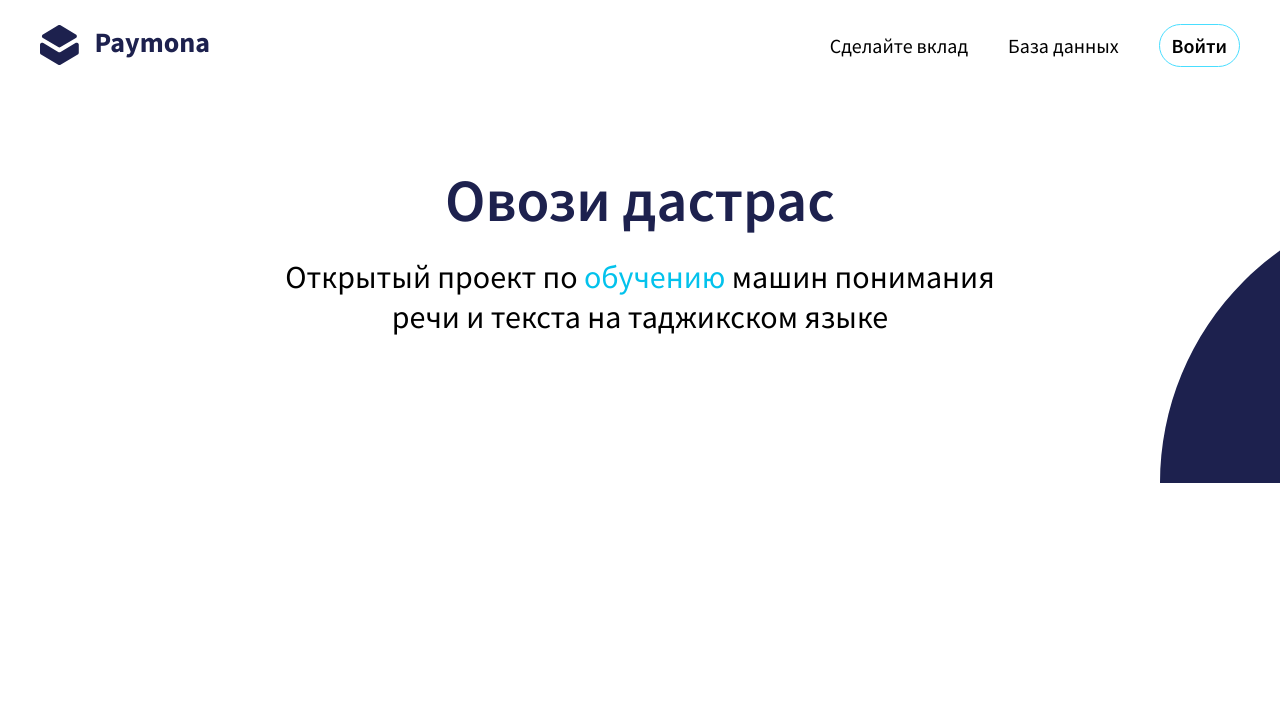
Repository: Amin444/Paymona-Sadp
Page: index.html
An editor plug-in stored every save of this project. The page is shown before and after a run of saves, followed by the edit.
The browser window is 1280 px wide. The pictures show the whole page.

Above is the page before, as saved 2021-11-11 14:35:33.

After the next 3 saves:
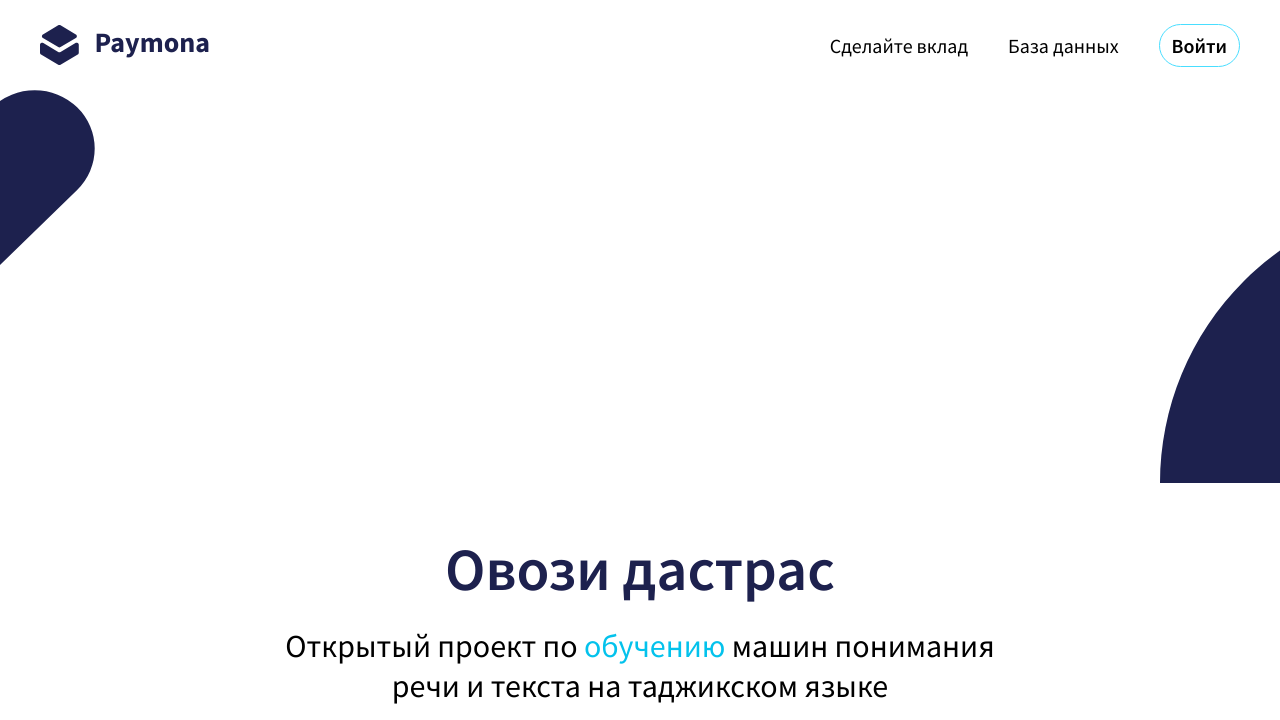
The 3 saves are shown as one change because they came seconds apart.
The last was saved 12 s later.
--- a/index.html
+++ b/index.html
@@ -32,7 +32,9 @@
          </div>
 
          <div class="rectangle">
-
+            <svg width="95" height="365" viewBox="0 0 95 365" fill="none" xmlns="http://www.w3.org/2000/svg">
+             <rect width="118.426" height="472.716" rx="59.2128" transform="matrix(0.716507 0.69758 -0.716507 0.69758 34.7041 -24)" fill="#1D214E"/>
+            </svg>
          </div>
 
         <div class="title">
